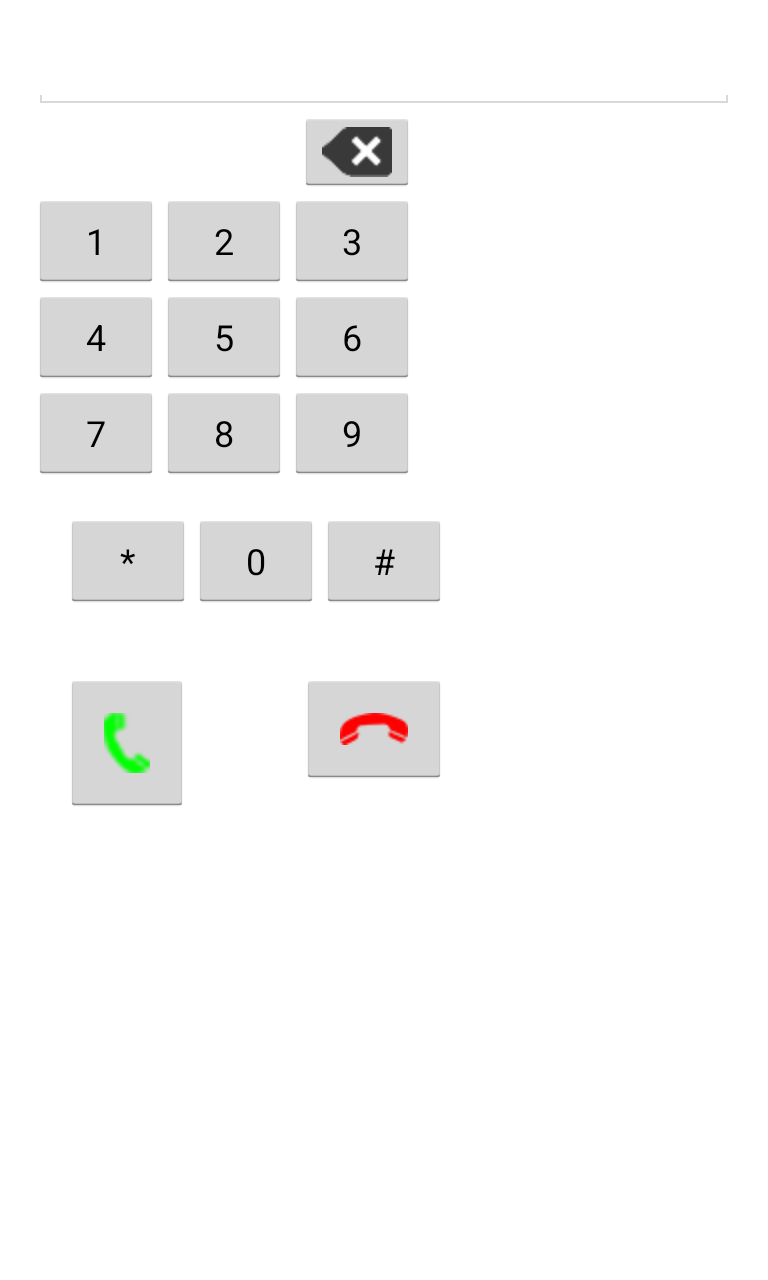
Repository: andreeastoican/Laborator03
Layout: PhoneDialer/res/layout/activity_phone_dialer.xml
The author's editor kept a copy of each file at every save. The layout is drawn from the files as they stood at one save, then again after the next save.
It is drawn on a 768 x 1280 px phone screen (xhdpi) without system bars, with theme AppTheme; the app's code is not run.

Above is the layout before, as saved 2015-03-10 10:03:49.

After the next save:
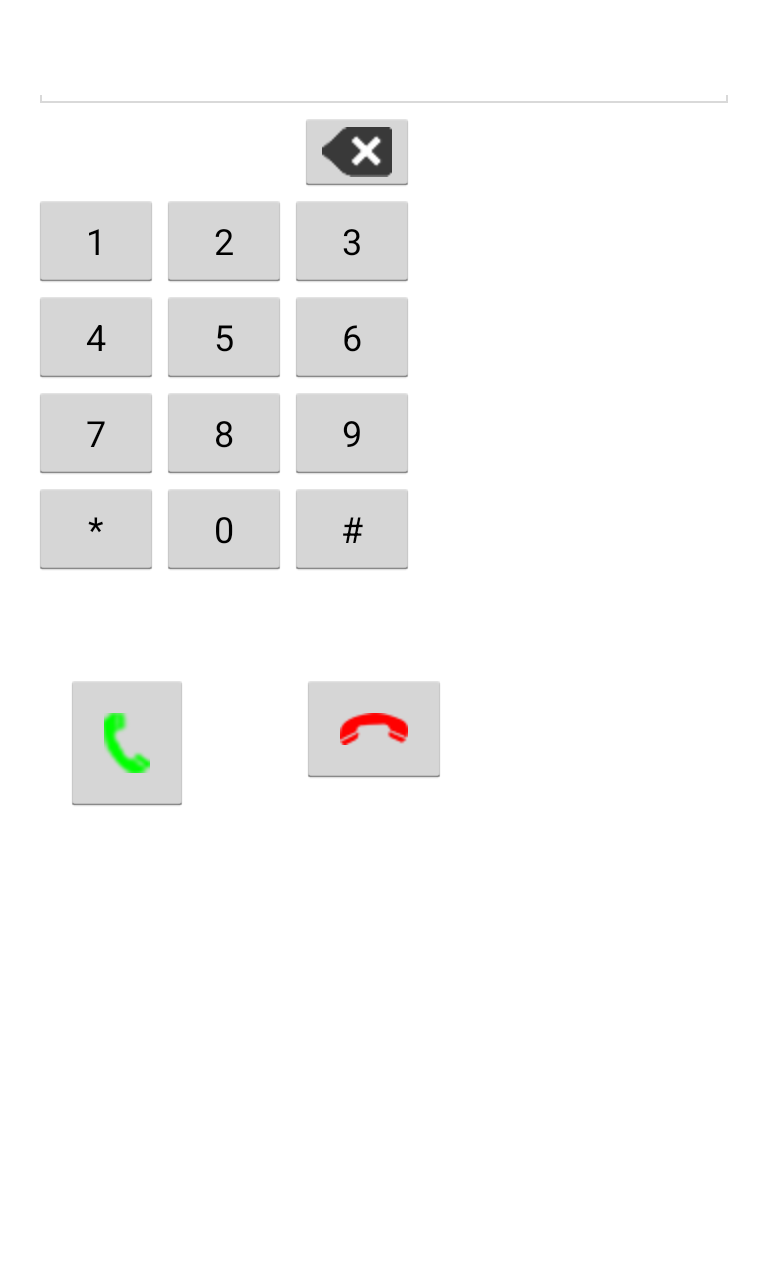
Saved 10 s later.
--- a/PhoneDialer/res/layout/activity_phone_dialer.xml
+++ b/PhoneDialer/res/layout/activity_phone_dialer.xml
@@ -93,20 +93,6 @@
 	        android:text="9"
 		    />
 
-    </GridLayout>
-
-
-	<LinearLayout
-	  android:layout_below="@id/layout3"
-	  android:id="@+id/layout4"
-	  android:layout_width="wrap_content"
-	  android:layout_height="wrap_content"
-	  android:paddingBottom="@dimen/activity_vertical_margin"
-	  android:paddingLeft="@dimen/activity_horizontal_margin"
-	  android:paddingRight="@dimen/activity_horizontal_margin"
-	  android:paddingTop="@dimen/activity_vertical_margin"
-	  android:orientation="horizontal">
-
 		<Button
 		    android:id="@+id/id10"
 		    android:layout_width="wrap_content"
@@ -125,6 +111,20 @@
 	        android:layout_height="wrap_content"
 	        android:text="#"
 		    />
+    </GridLayout>
+
+
+	<LinearLayout
+	  android:layout_below="@id/layout3"
+	  android:id="@+id/layout4"
+	  android:layout_width="wrap_content"
+	  android:layout_height="wrap_content"
+	  android:paddingBottom="@dimen/activity_vertical_margin"
+	  android:paddingLeft="@dimen/activity_horizontal_margin"
+	  android:paddingRight="@dimen/activity_horizontal_margin"
+	  android:paddingTop="@dimen/activity_vertical_margin"
+	  android:orientation="horizontal">
+
 	</LinearLayout>
 
 	<RelativeLayout
